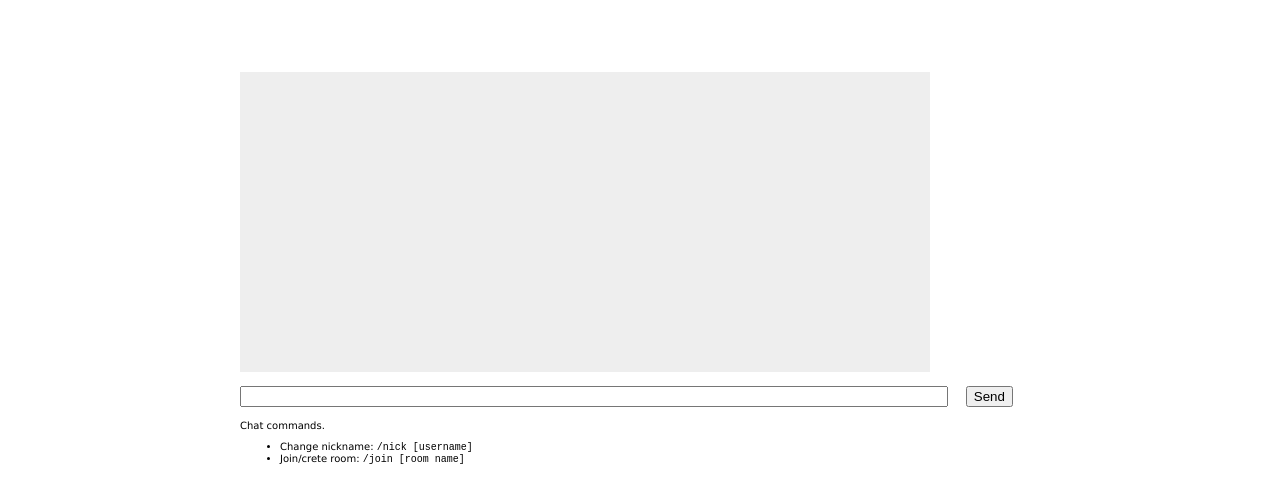
Repository: Kiki-Q/node-demo
Page: service/public/index.html
An editor plug-in stored every save of this project. The page is shown before and after the next save, followed by the edit.
The browser window is 1280 px wide. The pictures show the whole page.
The page's requests for data from a server got no answer. Some web libraries are served in a nearby version.

Above is the page before, as saved 2020-08-26 16:19:49.
Console error: TypeError: $(...).fous is not a function

### service/public/index.html
<!DOCTYPE html>
<html lang="en">
<head>
    <meta charset="UTF-8">
    <meta name="viewport" content="width=device-width, initial-scale=1.0">
    <meta http-equiv="X-UA-Compatible" content="ie=edge">
    <link rel="stylesheet" href="./stylesheets/style.css">
    <title>Chat</title>
</head>
<body>
    <div id="content">
        <div id="room"></div>
            <div id="room-list"></div>
            <div id="messages"></div>

        <form action="" id="send-form">
            <input type="text" id="send-message">
            <input type="submit" id="send-button" value='Send'>

            <div id="help">
                Chat commands.
                <ul>
                    <li>Change nickname: <code>/nick [username]</code></li>
                    <li>Join/crete room: <code>/join [room name]</code></li>
                </ul>
            </div>
        </form>
    </div>
</body>
<script src='https://cdnjs.cloudflare.com/ajax/libs/socket.io/2.3.0/socket.io.js'></script>
<script src="https://cdn.bootcdn.net/ajax/libs/jquery/3.5.1/jquery.min.js"></script>
<script src="./js/chat.js" ></script>
<script src="./js/chat_ui.js"></script>

</html>

### service/public/stylesheets/style.css
body {
    padding: 50px;
    font: 14px "Lucida Grande", Helvetica, Arial, sans-serif;
}

a {
    color: #00B7FF;
}

#content {
    width: 800px;
    margin-left: auto;
    margin-right: auto;
}

#room {
    background-color: #ddd;
    margin-bottom: 1em;
}

#messages {
    width: 690px;
    height: 300px;
    overflow: auto;
    background-color: #eee;
    margin-bottom: 1em;
    margin-right: 10px;
}

#room-list div {
    border-bottom: 1px solid #eee;
}

#room-list div:hover {
    background-color: #ddd;
}

#send-message {
    width:700px;
    margin-bottom: 1em;
    margin-right:  1em;
}

#help {
    font:10px "Lucida Grande", Helvetica, Arial, sans-serif;
}

### service/public/js/chat.js
//定义类，初始化传入Socket.IO的参数socket
let Chat = function(socket) {
    this.socket = socket;
}

//发送聊天消息函数
Chat.prototype.sendMessage = function(room, text) {
    let message = {
        room: room,
        text: text
    };

    this.socket.emit('message', message);
};

//变更房间的函数
Chat.prototype.changeRoom = function(room) {
    this.socket.emit('join', {
        newRoom: room
    })
}

//处理聊天命令
Chat.prototype.processCommand = function(command) {
    let words = command.split(' ');
    //从第一个单词开始解析命令
    command = words[0].substring(1, words[0].length).toLowerCase();
    let message = false;

    switch(command) {
        case 'join':
            words.shift();
            let room = words.join(' ');
            //处理房间的变换/创建
            this.changeRoom(room);
            break;
        case 'nick':
            words.shift();
            let name = words.join(' ');
            //处理更名尝试
            this.socket.emit('nameAttempt', name);
            break;
        default:
            //如果命令无法识别，返回错误消息
            message = 'Unrecongnized command.';
            break;
    }
    return message;

}

### service/public/js/chat_ui.js
function divEscapedContentElement(message) {
    return $('<div></div>').text(message);
}

function divSystemContentElement(message) {
    return $('<div></div>').html('<i>'+ message +'</i>')
}

//处理原始的用户输入
function processUserInput(chatApp, socket) {
    let message = $('#send-message').val();
    let systemMessage;

    //如果用户输入的内容以斜杠（/）开头，将其作为聊天命令
    if(message.chatAt(0) == '/') {
        systemMessage = chatApp.processCommand(message);
        if (systemMessage) {
            $('#messages').append(divSystemContentElement(systemMessage));
        }
    } else {
        //将非命令输入广播给其他用户
        chatApp.sendMessage($('#room').text(), message);
        $('#messages').append(divEscapedContentElement(message));
        $('#messages').scrollTop($('#messages').prop('scrollHeight'));
    }
    $('#send-message').val('');
}

let socket = io.connect();

$(document).ready(function() {
    let chatApp = new Chat(socket);

    //显示更名尝试的结果
    socket.on('nameResult', function(result) {
        let message;
        if(result.success) {
            message = 'You are now known as ' + result.name + '.';
        } else {
            message = result.message;
        }
        $('#messages').append(divSystemContentElement);
    })

    socket.on('joinResult', function(result) {
        //显示房间变更结果
        $('#room').text(result.room);
        $('#messages').append(divSystemContentElement('Room changed'));
    })

    socket.on('message', function(message) {
        //显示接收到的消息
        let newElement = $('<div></div>').text(message.text);
        $('#messages').append(newElement);
    });

    socket.on('rooms', function(rooms) {
        //显示可用房间列表
        $('#room-list').empty();

        for(let room in rooms) {
            room = room.substring(1, room.length);
            if (room != '') {
                $('#room-list').append(divEscapedContentElement(room));
            }
        }

        $('#room-list div').click(function() {
            //点击房间名可以换到那个房间中
            chatApp.processCommand('/join ' + $(this).text());
            $('#send-message').focus();
        })

    })

    //定期请求可用房间列表
    setInterval( function() {
        socket.emit('rooms');
    },1000)

    $('#send-message').fous();

    $('#send-form').submit( function() {
        //提交表单可以发送聊天消息
        processUserInput(chatApp, socket);
        return false;
    })

})

After the next save:
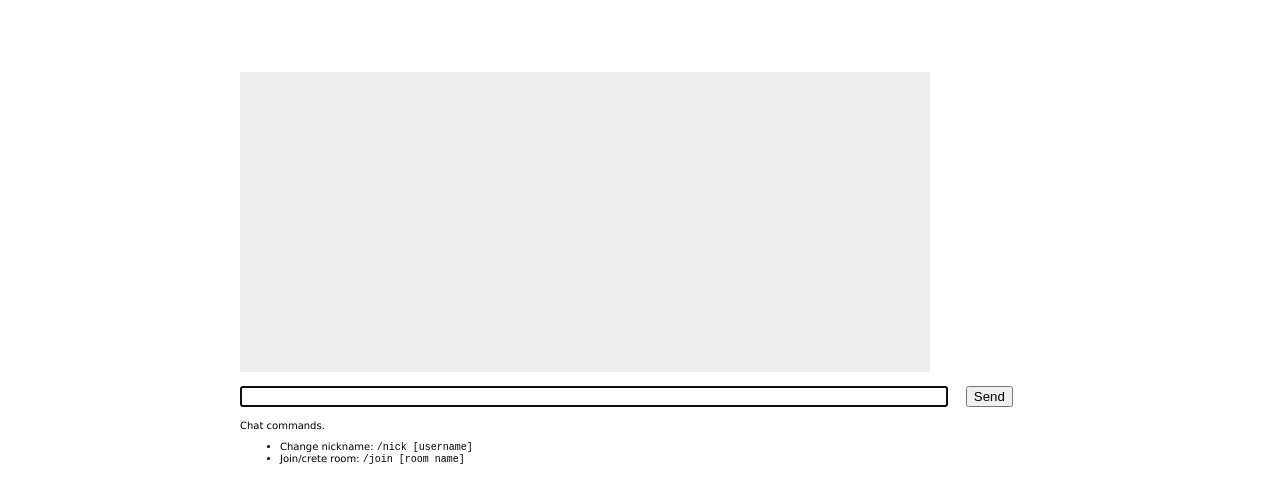
The error is gone.
Saved 2 min 29 s later.
--- a/service/public/js/chat_ui.js
+++ b/service/public/js/chat_ui.js
@@ -78,7 +78,7 @@ $(document).ready(function() {
         socket.emit('rooms');
     },1000)
 
-    $('#send-message').fous();
+    $('#send-message').focus();
 
     $('#send-form').submit( function() {
         //提交表单可以发送聊天消息
